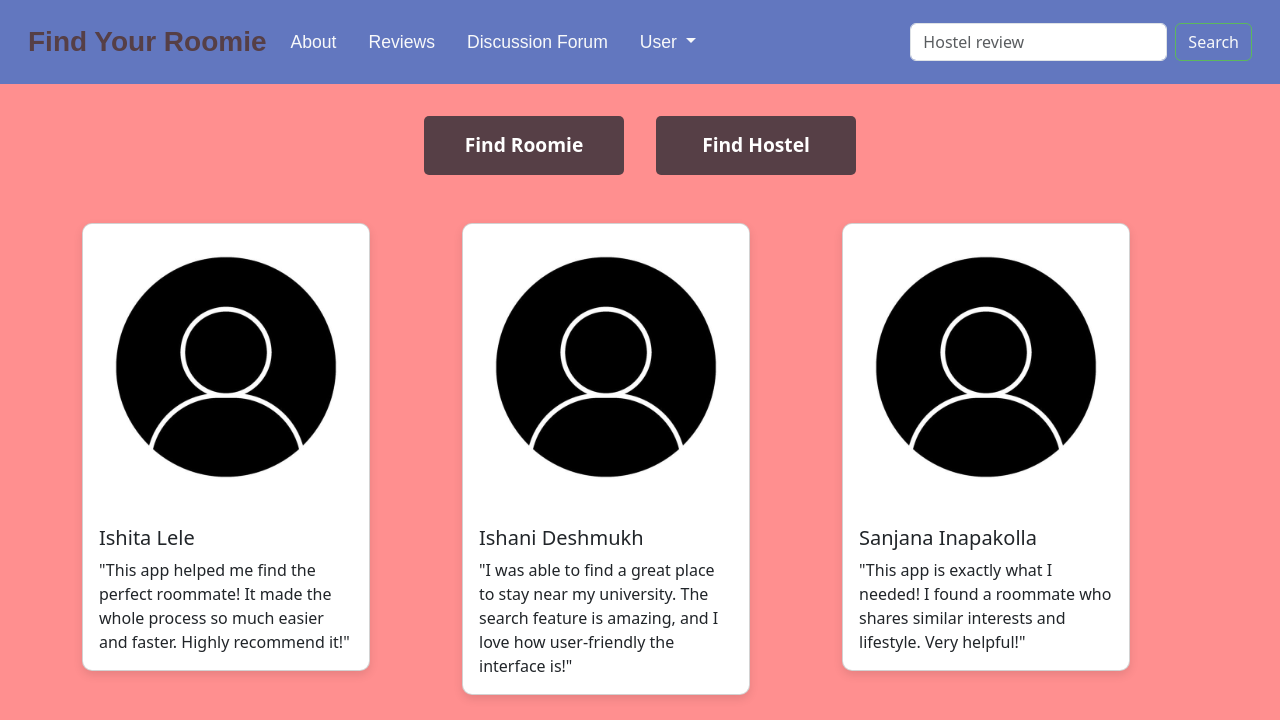
Repository: Sanjana-Inapakolla/Find-your-Roomie-website
Page: mini-project(jfst)/MiniProject/src/main/webapp/home.html
The author's editor kept a copy of each file at every save. The page is drawn from the files as they stood at one save, then again after the next save.
The browser window is 1280 px wide. The pictures show the whole page.

Above is the page before, as saved 2024-11-13 09:07:16.

### mini-project(jfst)/MiniProject/src/main/webapp/home.html
<!DOCTYPE html>
<html lang="en">
<head>
  <meta charset="ISO-8859-1">
  <title>Home Page</title>
 <link href="https://cdn.jsdelivr.net/npm/bootstrap@5.3.3/dist/css/bootstrap.min.css" rel="stylesheet" integrity="sha384-QWTKZyjpPEjISv5WaRU9OFeRpok6YctnYmDr5pNlyT2bRjXh0JMhjY6hW+ALEwIH" crossorigin="anonymous">
  <style>
    /* Navbar Styling */
    .navbar {
      background-color: #6277bf ;
      padding: 1rem;
    }

    /* Navbar Brand (Logo/Text) */
    .navbar-brand {
      color: #f8f9fa;
      font-size: 1.75rem;
      font-weight: bold;
      font-family: 'Arial', sans-serif;
      color:  #563f46;;
    }

    /* Navbar Links (Home, Reviews, Discussion Forum) */
    .navbar-nav .nav-link {
      color: #f8f9fa;
      font-size: 1.1rem;
      font-family: 'Arial', sans-serif;
      margin-right: 1rem;
      transition: color 0.3s;
    }

    /* Active Link Color */
    .navbar-nav .nav-link.active {
      color: #f8f9fa !important;
    }

    /* Hover Effect for Links (Home, Reviews, Discussion Forum) */
    .navbar-nav .nav-link:hover {
      color: #ff8f8f;
    }

    /* Active Link Hover (Ensures the hover color is still applied even if it's active) */
    .navbar-nav .nav-link.active:hover {
      color: #ff8f8f !important;
    }

    /* Search Button */
    .btn-outline-success {
      color: #f8f9fa;
      border-color: #5cb85c;
      transition: background-color 0.3s, color 0.3s;
    }

    /* Search Button Hover */
    .btn-outline-success:hover {
      background-color: #5cb85c;
      color: #fff;
    }

    /* Home Page Buttons Styling */
    .home-buttons {
      display: flex;
      justify-content: center;
      gap: 2rem;
      margin-top: 2rem;
    }

    .home-buttons .btn {
      font-size: 1.2rem;
      padding: 15px 30px;
      border-radius: 5px;
      font-weight: bold;
      width: 200px;
      transition: transform 0.3s;
    }

    /* Hover Effect for Buttons */
    .home-buttons .btn:hover {
      transform: scale(1.05);
    }

    .find-roomie {
      background-color: #563f46;
      color: white;
      border: none;
    }

    .find-roomie:hover {
      background-color: #6277bf ;
    }

    .find-hostel {
      background-color: #563f46;
      color: white;
      border: none;
    }

    .find-hostel:hover {
      background-color: #6277bf;
    }

    .card {
      width: 18rem;
      border-radius: 10px;
      box-shadow: 0 4px 10px rgba(0, 0, 0, 0.1);
    }
    .card-img-top {
      border-radius: 10px 10px 0 0;
    }

    body{
      background-color: #ff8f8f;
    }
  </style>
</head>
<body>

<!-- Navbar -->
<nav class="navbar navbar-expand-lg">
  <div class="container-fluid" style="background-color: #6277bf;">
    <a class="navbar-brand" href="#">Find Your Roomie</a>
    <button class="navbar-toggler" type="button" data-bs-toggle="collapse" data-bs-target="#navbarNav" aria-controls="navbarNav" aria-expanded="false" aria-label="Toggle navigation">
      <span class="navbar-toggler-icon"></span>
    </button>
    <div class="collapse navbar-collapse" id="navbarNav">
      <ul class="navbar-nav me-auto">
        <li class="nav-item">
          <a class="nav-link active" aria-current="page" href="About.jsp">About</a>
        </li>
        <li class="nav-item">
          <a class="nav-link" href="Rating.jsp">Reviews</a>
        </li>
        <li class="nav-item">
          <a class="nav-link" href="BeforeChat">Discussion Forum</a>
        </li>
        <li class="nav-item dropdown">
          <a class="nav-link dropdown-toggle" href="#" role="button" data-bs-toggle="dropdown" aria-expanded="false">
            User
          </a>
          <ul class="dropdown-menu">
            <li><a class="dropdown-item" href="Profile">My Profile</a></li>
            <li><a class="dropdown-item" href="BeforeUpdate">Account Settings</a></li>
            <li><a class="dropdown-item" href="LogoutServlet">Logout</a></li>
          </ul>
        </li>
      </ul>

      <!-- Search Button on the Right -->
      <form class="d-flex ms-auto" action="HostelSearch">
        <input class="form-control me-2" name="hostel-search" type="search" placeholder="Hostel review" aria-label="Search">
        <button class="btn btn-outline-success" type="submit">Search</button>
      </form>
    </div>
  </div>
</nav>

<!-- Buttons for Find Roomie and Find Hostel -->
<div class="home-buttons">
  <button class="btn find-roomie" onclick="window.location.href='Match';">Find Roomie</button>
 <button class="btn find-hostel" onclick="window.location='public/HostelGeoMap.html';">Find Hostel</button>
</div>

<div class="container mt-5">
  <div class="row justify-content-center">
    <!-- Card 1 -->
    <div class="col-md-4 mb-4">
      <div class="card">
        <img src="images\profile.jpg" class="card-img-top" alt="User Image">
        <div class="card-body">
          <h5 class="card-title">Ishita Lele</h5>
          <p class="card-text">"This app helped me find the perfect roommate! It made the whole process so much easier and faster. Highly recommend it!"</p>
        </div>
      </div>
    </div>

    <!-- Card 2 -->
    <div class="col-md-4 mb-4">
      <div class="card">
        <img src="images\profile.jpg" class="card-img-top" alt="User Image">
        <div class="card-body">
          <h5 class="card-title">Ishani Deshmukh</h5>
          <p class="card-text">"I was able to find a great place to stay near my university. The search feature is amazing, and I love how user-friendly the interface is!"</p>
        </div>
      </div>
    </div>

    <!-- Card 3 -->
    <div class="col-md-4 mb-4">
      <div class="card">
        <img src="images\profile.jpg" class="card-img-top" alt="User Image">
        <div class="card-body">
          <h5 class="card-title">Sanjana Inapakolla</h5>
          <p class="card-text">"This app is exactly what I needed! I found a roommate who shares similar interests and lifestyle. Very helpful!"</p>
        </div>
      </div>
    </div>
  </div>
</div>

<!-- Bootstrap JS -->
<script src="https://cdn.jsdelivr.net/npm/bootstrap@5.3.3/dist/js/bootstrap.bundle.min.js" integrity="sha384-YvpcrYf0tY3lHB60NNkmXc5s9fDVZLESaAA55NDzOxhy9GkcIdslK1eN7N6jIeHz" crossorigin="anonymous"></script>
</body>
</html>

After the next save:
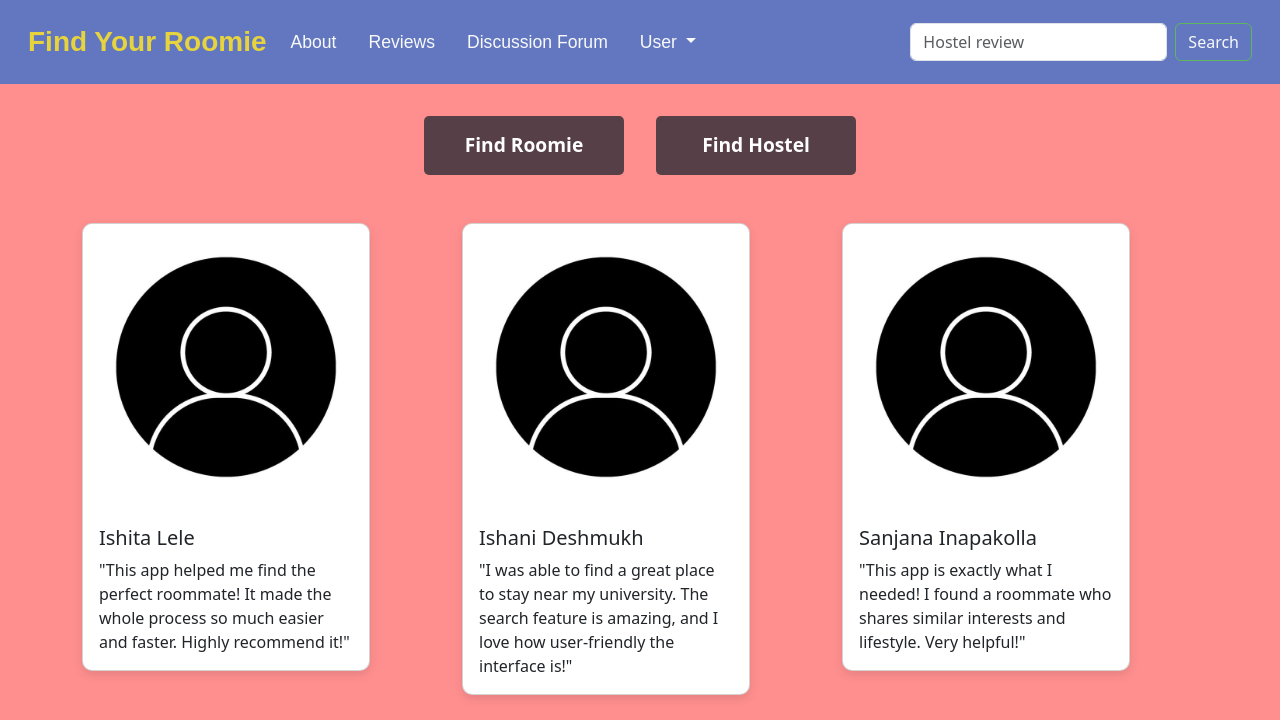
Saved 60 s later.
--- a/mini-project(jfst)/MiniProject/src/main/webapp/home.html
+++ b/mini-project(jfst)/MiniProject/src/main/webapp/home.html
@@ -17,7 +17,7 @@
       font-size: 1.75rem;
       font-weight: bold;
       font-family: 'Arial', sans-serif;
-      color:  #563f46;;
+      color:  #E6D33D;
     }
 
     /* Navbar Links (Home, Reviews, Discussion Forum) */
